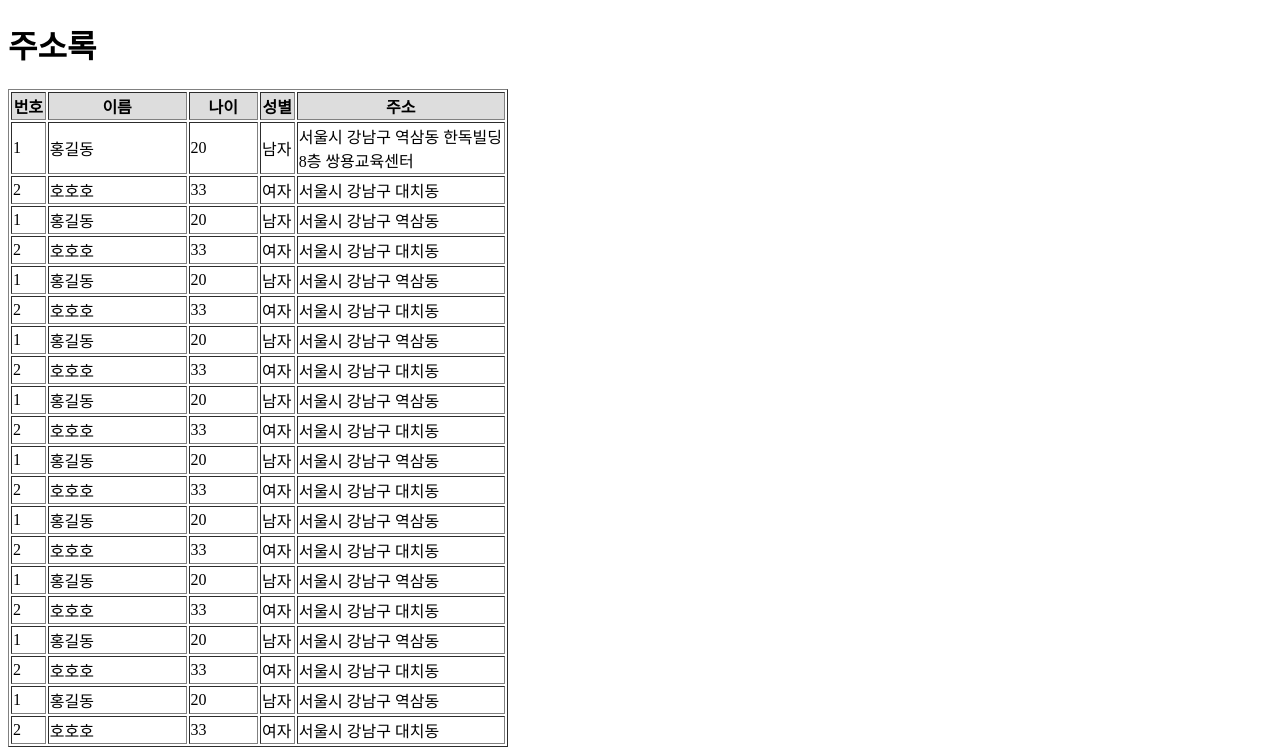
Repository: dnjs0/HCJ
Page: ClientTest/src/main/webapp/ex16_table.html
An editor plug-in stored every save of this project. The page is shown before and after the next save, followed by the edit.
The browser window is 1280 px wide. The pictures show the whole page.

Above is the page before, as saved 2025-02-11 07:37:18.

After the next save:
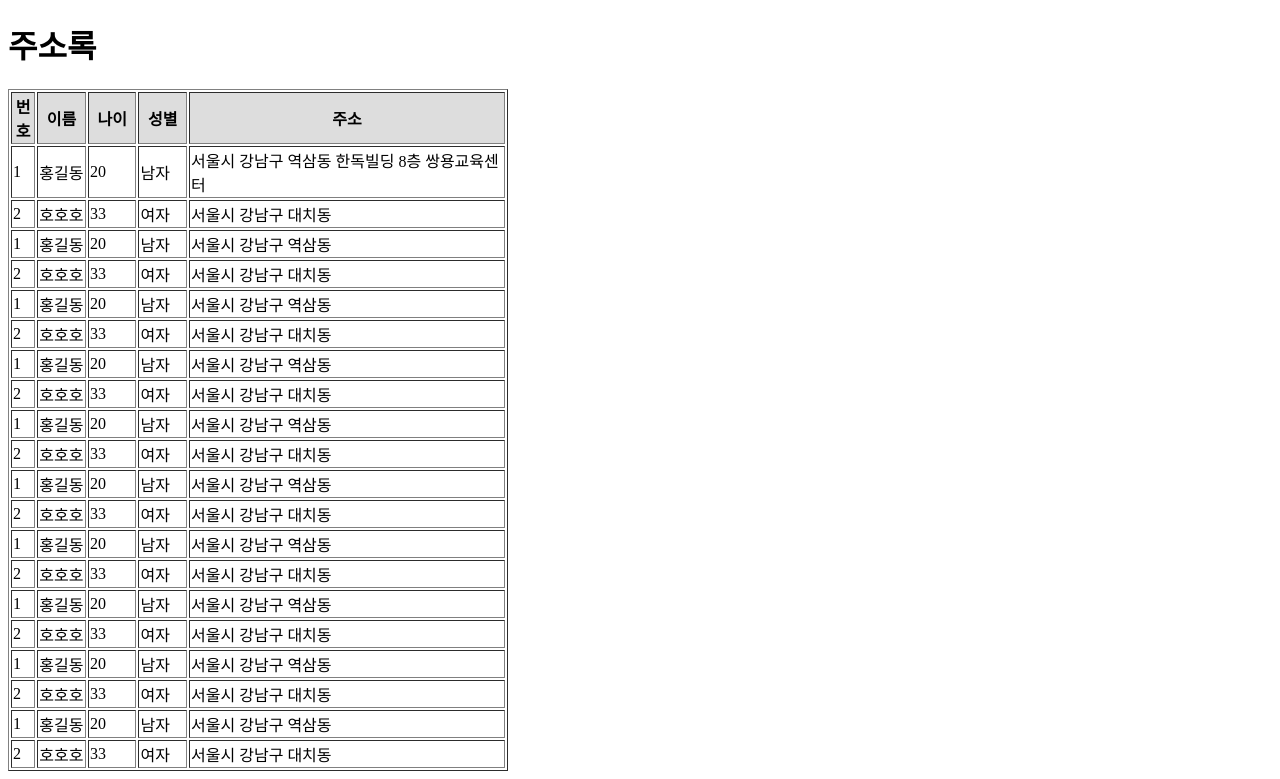
Saved 21 s later.
--- a/ClientTest/src/main/webapp/ex16_table.html
+++ b/ClientTest/src/main/webapp/ex16_table.html
@@ -11,10 +11,10 @@
     <table border="1" width="500" >
     <tr bgcolor = "#DDDDDD">
         <td align="center" width = 5%><b>번호</b></td>
-        <td align="center" width = 20%><b>이름</b></td>
+        <td align="center" width = 10%><b>이름</b></td>
         <td align="center" width = 10%><b>나이</b></td>
-        <td align="center" width = 5%><b>성별</b></td>
-        <td align="center" width = 30%><b>주소</b></td>
+        <td align="center" width = 10%><b>성별</b></td>
+        <td align="center" width = 65%><b>주소</b></td>
     </tr>
 
     <tr>
